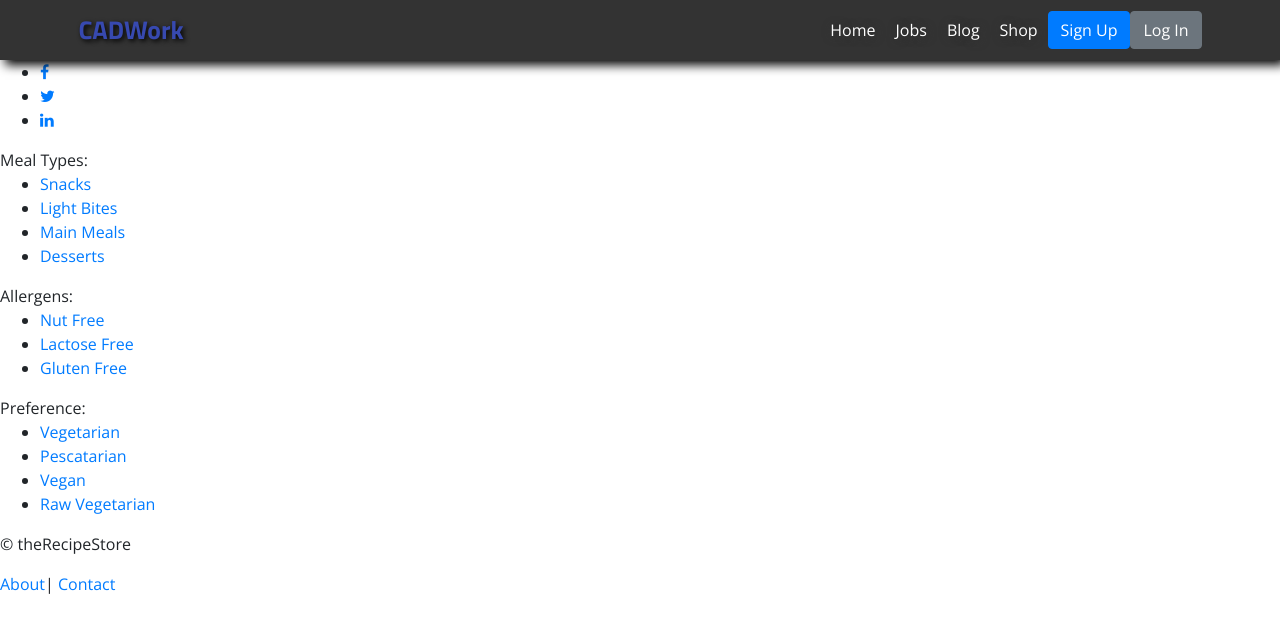
Repository: JShad30/cadwork
Page: templates/base.html
The author's editor kept a record of every edit. The page is drawn from the files as they stood at one moment, then again after the next edit.
The browser window is 1280 px wide. The pictures show the whole page.
The template is drawn by Django 2.2. The application's start-up code is not run. The template is opened directly, without the code that normally fills it, so the values that code supplies are empty.

Above is the page before.

After the next edit:
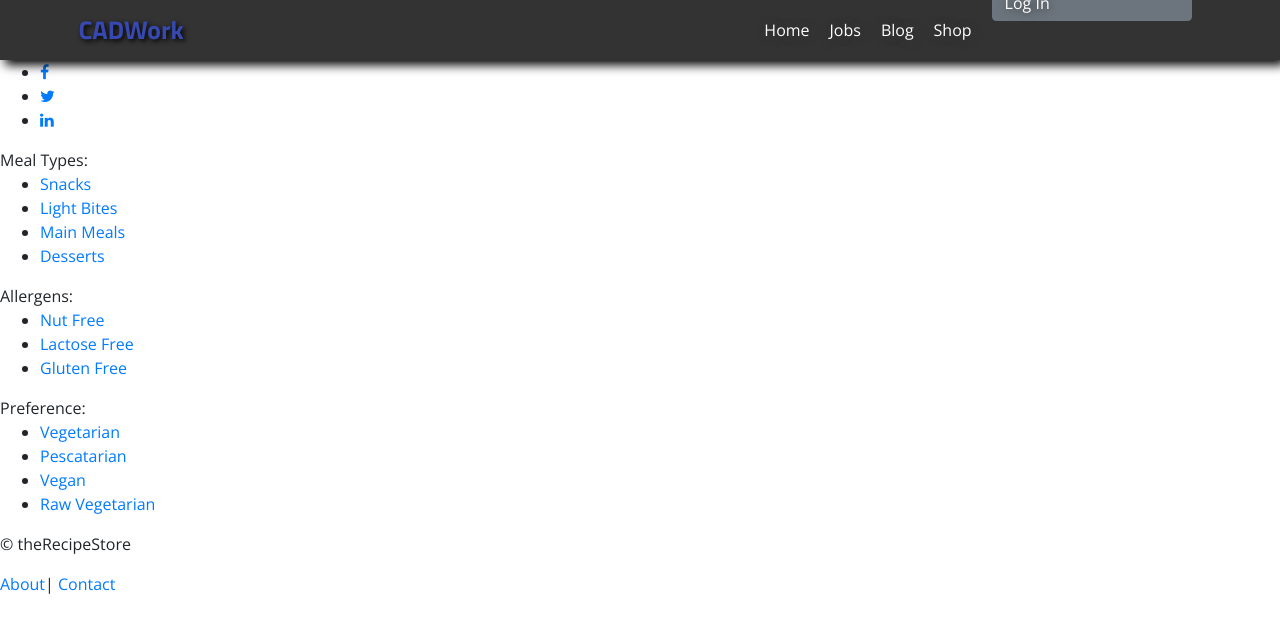
The edit:
--- a/templates/base.html
+++ b/templates/base.html
@@ -64,6 +64,7 @@
                 </div>
 
 	            {% else %}
+	            <div class="navbar-link-buttons">
 	            <a class="btn btn-primary" href="#" role="button">Sign Up</a>
 	            <a class="btn btn-secondary" href="#" role="button">Log In</a>
 	            {% endif %}
